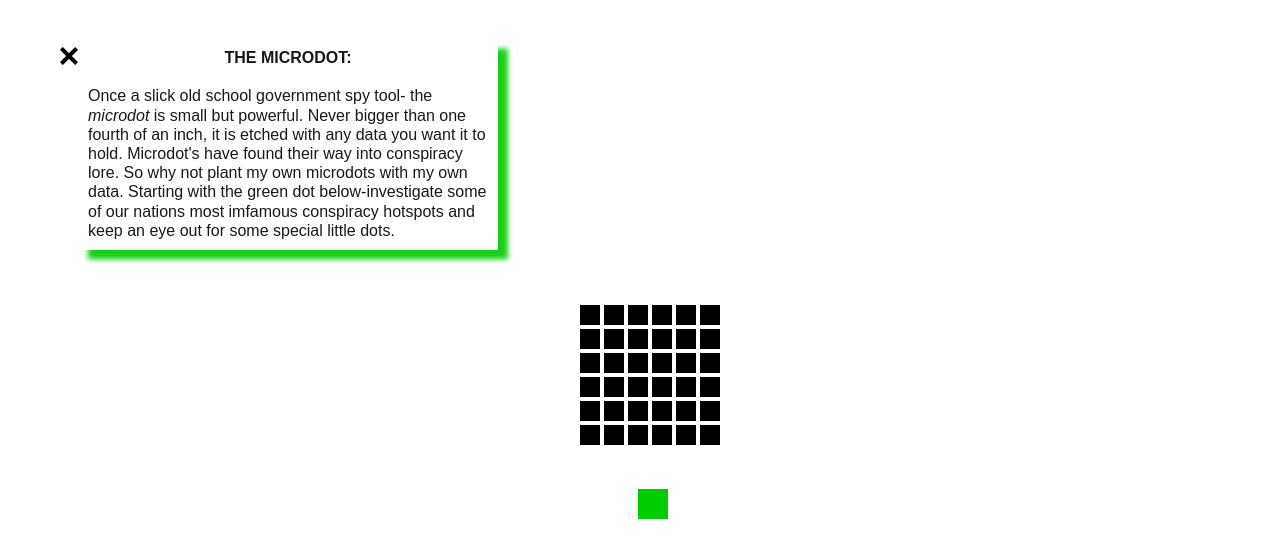
Repository: bradk647/bradk647.github.io
Page: TypeWeb/Home/typeface.html
The author's editor kept a record of every edit. The page is drawn from the files as they stood at one moment, then again after the next edit.
The browser window is 1280 px wide. The pictures show the whole page.
Some web fonts or font styles are not loaded; a fallback is used.

Above is the page before.

After the next edit:
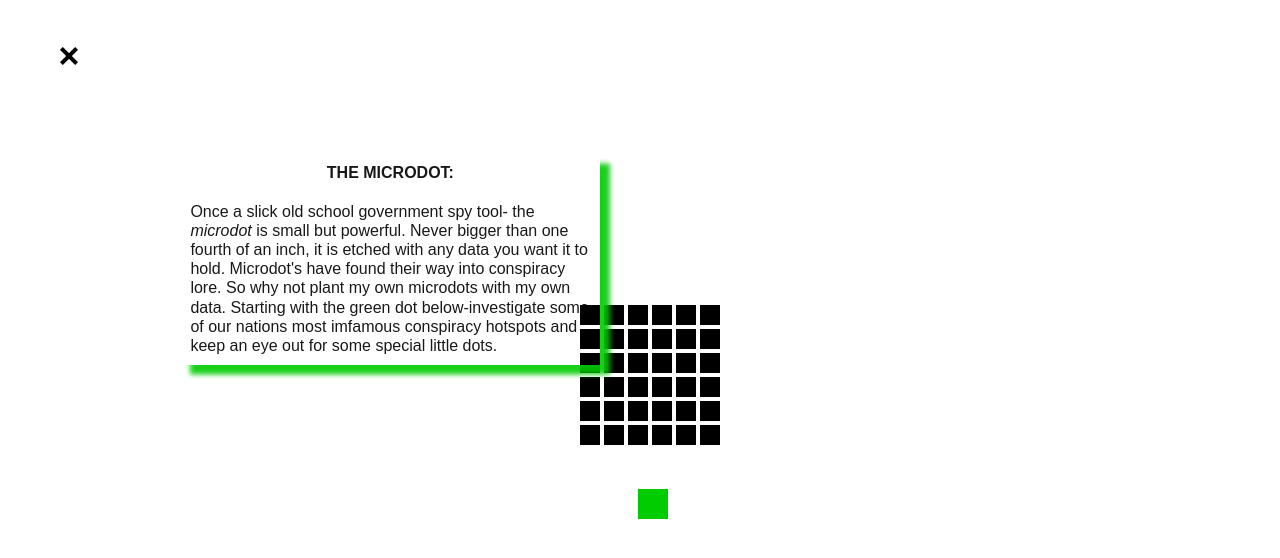
The edit:
--- a/TypeWeb/Home/typeface.css
+++ b/TypeWeb/Home/typeface.css
@@ -14,8 +14,8 @@
     opacity:0.9;
     line-height:1.2;
     position: absolute;
-      left: 22.5%;
-      top: 20%;
+      left: 30.5%;
+      top: 36%;
       -webkit-transform: translate(-50%, -50%);
      transform: translate(-50%, -50%);
      -webkit-box-shadow: 10px 10px 5px 0px rgba(0,204,0,1);
